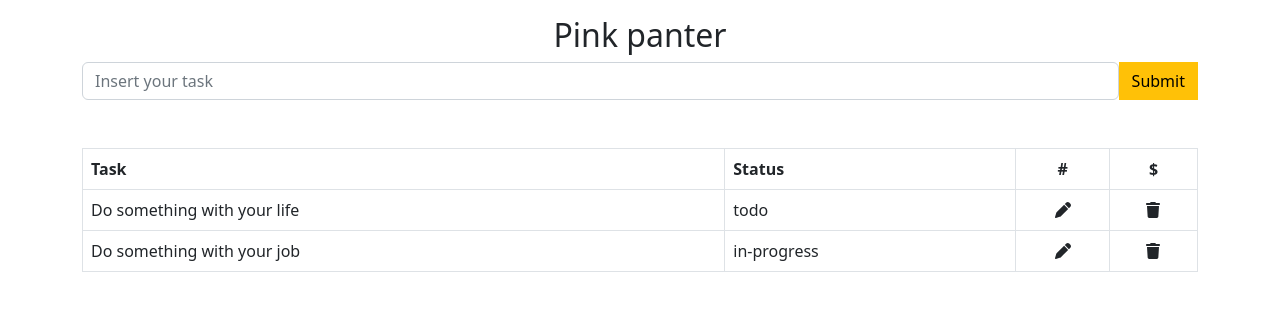
Repository: Wladomax/todo-vue
Page: /
These files come from the project's save history. The page is drawn as it stood at one moment and after the next save; the edit follows.
The browser window is 1280 px wide. The pictures show the whole page.
The project was rebuilt for these pictures with package versions that can differ from the ones it lists, and the page was loaded fresh each time. Also part of the build but not shown: vue.config.js.

Above is the page before, as saved 2023-01-01 12:19:26.

### src/main.js
import { createApp } from "vue";
import App from "./App.vue";
import "bootstrap/dist/css/bootstrap.min.css";
import "@fortawesome/fontawesome-free/css/all.css";
import "@fortawesome/fontawesome-free/js/all.js";

createApp(App).mount("#app");

### src/App.vue
<template>
  <div>
    <ToDo></ToDo>
  </div>
</template>

<script>
import ToDo from "./components/ToDo.vue";

export default {
  name: "App",
  components: {
    ToDo,
  },
};
</script>

<style></style>

### src/components/ToDo.vue
<template>
  <div class="container">
    <h2 class="text-center mt-3">Pink panter</h2>

    <!-- input -->
    <div class="d-flex">
      <input
        v-model="task"
        type="text"
        placeholder="Insert your task"
        class="form-control"
      />
      <button @click="submitTask" class="btn btn-warning rounded-0">
        Submit
      </button>
    </div>

    <!-- Table-->
    <table class="table table-bordered mt-5">
      <thead>
        <tr>
          <th scope="col">Task</th>
          <th scope="col">Status</th>
          <th scope="col" class="text-center">#</th>
          <th scope="col" class="text-center">$</th>
        </tr>
      </thead>
      <tbody v-for="(task, index) in tasks" :key="index">
        <tr>
          <td>{{ task.name }}</td>
          <td>{{ task.status }}</td>
          <td>
            <div class="text-center">
              <span class="fa fa-pen"> </span>
            </div>
          </td>
          <td>
            <div class="text-center">
              <span class="fa fa-trash"> </span>
            </div>
          </td>
        </tr>
      </tbody>
    </table>
  </div>
</template>

<script>
export default {
  name: "ToDo",
  props: {
    msg: String,
  },

  data() {
    return {
      task: "",
      tasks: [
        {
          name: "Do something with your life",
          status: "todo",
        },
        {
          name: "Do something with your job",
          status: "in-progress",
        },
      ],
    };
  },

  methods: {
    submitTask() {
      console.log("How does this magic work?");
    },
  },
};
</script>

<style scoped></style>

Loaded but not shown: public/index.html (common file)

After the next save:
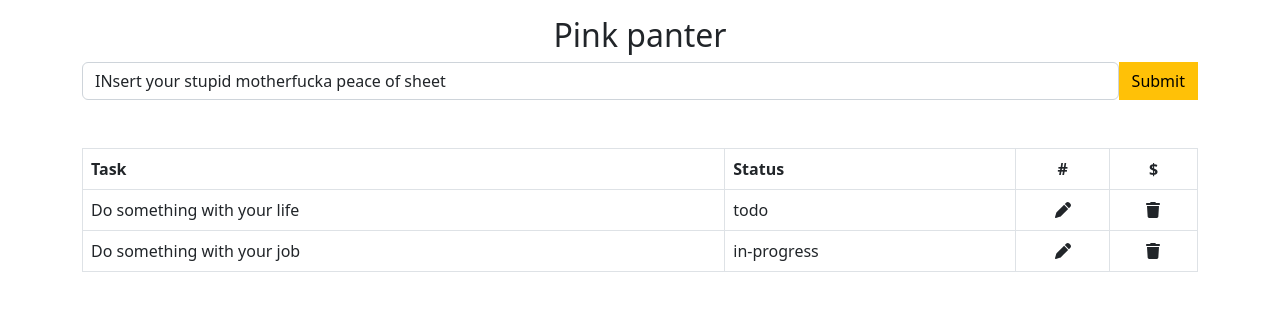
Saved 54 s later.
--- a/src/components/ToDo.vue
+++ b/src/components/ToDo.vue
@@ -54,7 +54,7 @@
 
   data() {
     return {
-      task: "",
+      task: "INsert your stupid motherfucka peace of sheet",
       tasks: [
         {
           name: "Do something with your life",

After the save that followed:
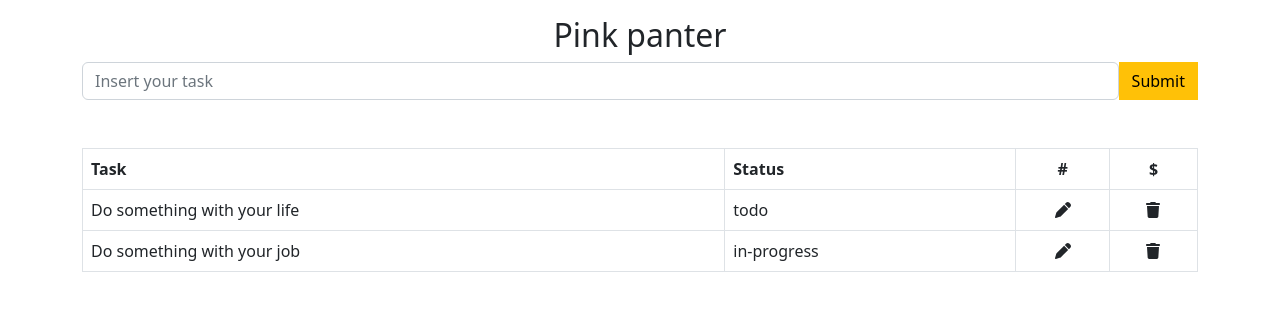
Saved 7 s later.
--- a/src/components/ToDo.vue
+++ b/src/components/ToDo.vue
@@ -54,7 +54,7 @@
 
   data() {
     return {
-      task: "INsert your stupid motherfucka peace of sheet",
+      task: "",
       tasks: [
         {
           name: "Do something with your life",
